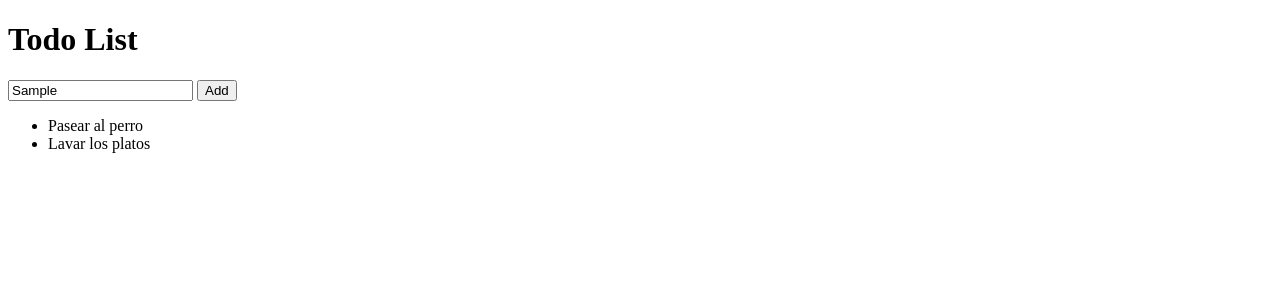
Repository: montsecg/nuclio-javascript-lecture-montse
Page: index.html
An editor plug-in stored every save of this project. The page is shown before and after the next save, followed by the edit.
The browser window is 1280 px wide. The pictures show the whole page.
Empty fields were first filled with sample values (such as "Sample", 5 or name@example.com).
After loading, the first visible `input` was changed once.

Above is the page before, as saved 2021-04-15 21:45:47.

### index.html
<!DOCTYPE html>
<html lang="es">
<head> <!--tiene información sobre el documento-->
    <meta charset="UTF-8">
    <meta http-equiv="X-UA-Compatible" content="IE=edge">
    <meta name="viewport" content="width=device-width, initial-scale=1.0">
    <meta name="description" content="The description">
    <link rel="stylesheet" href="./styles.css">
    <script defer src="./index.js"></script><!--carga el documento de JAVASCRIPT-->
    <title>App con javascript</title>
</head>
<body> <!--tiene contenido de la página-->

    <h1 class= "title">Todo List</h1>
    <input placeholder= "Task name" type="text">
    <button>Add</button>
    <ul>
        <li>Pasear al perro</li>
        <li>Lavar los platos</li>
    </ul>


<!-- siempre se escribre después de los elementos que se ven alterados por JAVASECRIPT-->


</body>
</html>

### index.js
//* TRABAJANDO CON BOTONES EN HTML*//

/*const button = document.querySelector("button");*/
/*console.dir(button);
button.innerText = "Hola!";*/


//*cuando se haga clic en el botón, se imprimirá por consola la frase :button clicked*/
/*button.addEventListener("click", () =>{ /*primer parámeto(click)= el nombre del evento que se quiere escuchar con la función addEventListener
    console.log("button clicked")/*segundo parámetro (@functión) = a la acción que se ha de ejecutar cuando ocurra el evento especificado en el primer parámetro
});*/


//*cuando se haga clic en el botón, se cambiará en el botón el texto:Hola*/
/*button.addEventListener("click", () =>{ primer parámeto(click)= el nombre del evento que se quiere escuchar con la función addEventListener
    button.innerText = "Hola";segundo parámetro (String) = la acción que se ha de ejecutar cuando ocurra el evento especificado en el primer parámetro
});*/

//*cuando se haga click en el botón, se mostratá en el botón la suma de las veces que se clika*/

/*let count = 1;
button.addEventListener("click", () =>{ primer parámeto(click)= el nombre del evento que se quiere escuchar con la función addEventListener
    button.innerText = count;segundo parámetro (contador) = /*la acción que se ha de ejecutar cuando ocurra el evento especificado en el primer parámetro
    count += 1;
    if (count >= 11 ) {
        count = 1;
    }
});*/

//*cuando se haga click en el botón, se cambia el style (CSS) del h1*/
/*const title = document.querySelector("h1");
let count = 1;

button.addEventListener("click", () =>{ primer parámeto(click)= el nombre del evento que se quiere escuchar con la función addEventListener
    button.innerText = count;segundo parámetro (contador) = la acción que se ha de ejecutar cuando ocurra el evento especificado en el primer parámetro
    count += 1;
    if (count >= 6 ) {
        //title.style.textTransform = "uppercase";
 /*en todos los titulos se aplica la classe uppercase cuando se realizan 5 clicks en el botón
        title.classList.add("uppercase");
    }
});*/


//*cuando se haga click en el botón, se cambia el h1 a MAYUSCULAS y a MINUSCULAS*////
/*const title = document.querySelector("h1");

button.addEventListener("click", () =>{
    title.classList.toggle("uppercase"); /*uppercases tiene que estar definido en la hoja de CCS, para transformar h1*/
/*});*/

//*TRABAJANDO CON INPUT EN HTML *//

//*declaración de variables que para conectar las etiquetas de HTML y darle lógica con JAVASCRIPT
/*const input = document.querySelector ("input");
const button = document.querySelector ("button");
const title = document.querySelector ("h1");*/

/*Cuando el input cambie, imprime por consola "Hola"*/
/*const input = document.querySelector ("input");
input.addEventListener("input", () =>{
    console.log("Hola");
});*/


//*en este caso se imprime por consola un evento por cada caracter que se escribe en el input*/

/*input.addEventListener("input", (event) =>{
    console.log(event);
});*/

//*en este caso se imprime por consola un caracter por cada caracter que se escribe en el input*/

/*input.addEventListener("input", () =>{
    console.log(input.value);
});*/

//*Para recoger como título lo que se escriba en el input*/

/*input.addEventListener("input", () =>{
    title.innerText = input.value;
});*/

//*AÑADIR ETIQUETAS EN HTML CON JAVASCRIPT - EJEMPLO AÑADIR <LI> EN UNA LISTA */

/*cuando se escriba en el input la tarea y se CLIKA el boton ADD, se agregue un <li>*/
const input = document.querySelector("input");
const button = document.querySelector("button");
const list = document.querySelector("ul"); /* guarda la lista de tareas*/

input.addEventListener("input", () =>{
    //console.log(list);
//Crear un elemento nuevo para guardar el valor(texto) que se escribe en el INPUT
const item = document.createElement("li"); //se crea el elemento <li> y se guarda en una constante
item.innerText = input.value; // se guarda el valor del input en el itemres


})

Loaded but not shown: styles.css (no stored copy; drawn as an empty file)

After the next save:
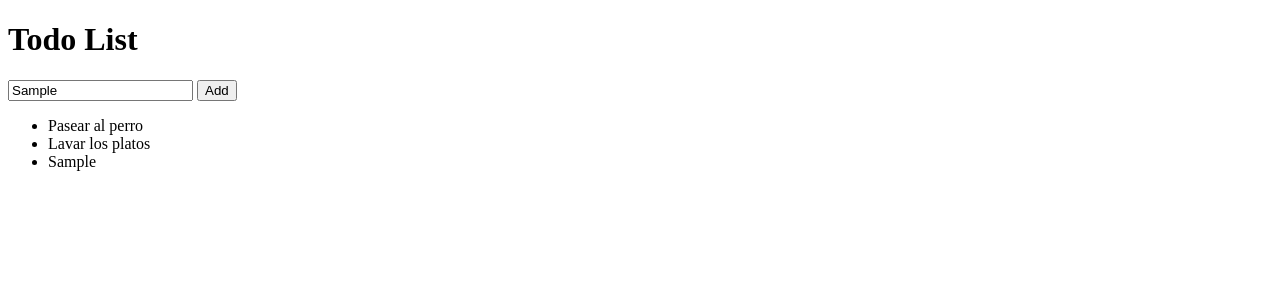
Saved 31 s later.
--- a/index.js
+++ b/index.js
@@ -93,6 +93,6 @@
 //Crear un elemento nuevo para guardar el valor(texto) que se escribe en el INPUT
 const item = document.createElement("li"); //se crea el elemento <li> y se guarda en una constante
 item.innerText = input.value; // se guarda el valor del input en el itemres
-
+list.append(item);
 
 })
